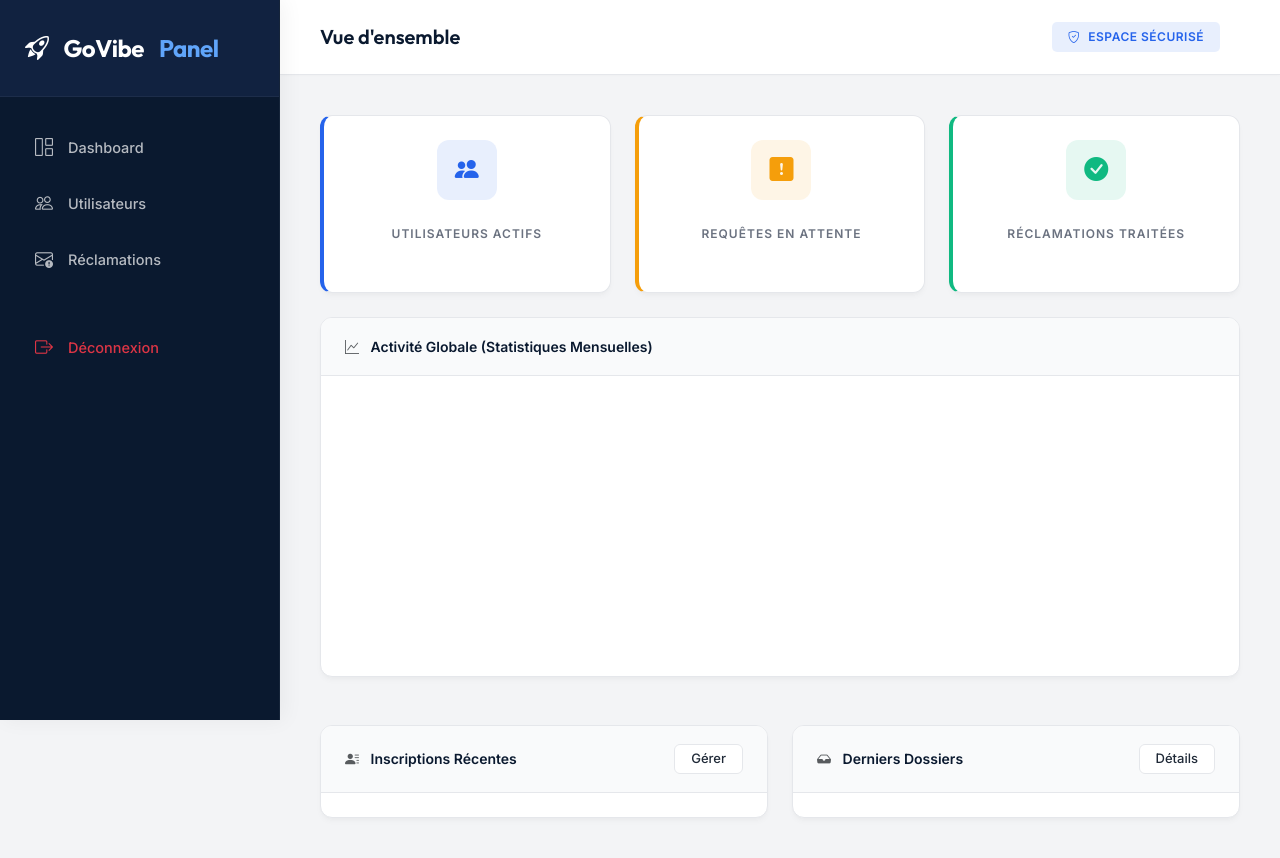
Repository: mohamedbenaoune25-crypto/Govibe-Symfony-project
Page: templates/admin/index.html.twig
The author's editor kept a copy of each file at every save. The page is drawn from the files as they stood at one save, then again after the next save.
The browser window is 1280 px wide. The pictures show the whole page.
The page is a Twig template of a Symfony application; nobody is signed in and links lead nowhere. The template is opened directly, without the code that normally fills it, so the values that code supplies are empty.

Above is the page before, as saved 2026-04-03 02:52:13.

### templates/admin/index.html.twig
{% extends 'admin/base_admin.html.twig' %}

{% block page_title %}Vue d'ensemble{% endblock %}

{% block body %}
<!-- Corporate Stat Cards -->
<div class="row g-4 mb-4">
    <div class="col-md-4">
        <div class="admin-card text-center p-4 h-100" style="border-left: 4px solid var(--admin-accent);">
            <div style="width:60px;height:60px;border-radius:12px;background:rgba(37, 99, 235, 0.1);color:var(--admin-accent);font-size:24px;display:flex;align-items:center;justify-content:center;margin:0 auto 20px;">
                <i class="bi bi-people-fill"></i>
            </div>
            <h3 style="font-family:'Outfit';font-weight:700;font-size:36px;color:var(--admin-primary);margin-bottom:5px;">{{ total_users }}</h3>
            <span style="font-size:12px;font-weight:600;letter-spacing:1px;color:var(--text-muted);text-transform:uppercase;">Utilisateurs Actifs</span>
        </div>
    </div>

    <div class="col-md-4">
        <div class="admin-card text-center p-4 h-100" style="border-left: 4px solid #F59E0B;">
            <div style="width:60px;height:60px;border-radius:12px;background:rgba(245, 158, 11, 0.1);color:#F59E0B;font-size:24px;display:flex;align-items:center;justify-content:center;margin:0 auto 20px;">
                <i class="bi bi-exclamation-square-fill"></i>
            </div>
            <h3 style="font-family:'Outfit';font-weight:700;font-size:36px;color:var(--admin-primary);margin-bottom:5px;">{{ attente_reclamations }}</h3>
            <span style="font-size:12px;font-weight:600;letter-spacing:1px;color:var(--text-muted);text-transform:uppercase;">Requêtes en Attente</span>
        </div>
    </div>

    <div class="col-md-4">
        <div class="admin-card text-center p-4 h-100" style="border-left: 4px solid #10B981;">
            <div style="width:60px;height:60px;border-radius:12px;background:rgba(16, 185, 129, 0.1);color:#10B981;font-size:24px;display:flex;align-items:center;justify-content:center;margin:0 auto 20px;">
                <i class="bi bi-check-circle-fill"></i>
            </div>
            <h3 style="font-family:'Outfit';font-weight:700;font-size:36px;color:var(--admin-primary);margin-bottom:5px;">{{ total_reclamations }}</h3>
            <span style="font-size:12px;font-weight:600;letter-spacing:1px;color:var(--text-muted);text-transform:uppercase;">Réclamations Traitées</span>
        </div>
    </div>
</div>

<!-- Chart Section -->
<div class="row mb-4">
    <div class="col-12">
        <div class="admin-card">
            <div class="admin-card-header d-flex justify-content-between align-items-center">
                <span><i class="bi bi-graph-up me-2 text-muted"></i> Activité Globale (Statistiques Mensuelles)</span>
            </div>
            <div class="admin-card-body" style="height: 300px;">
                <canvas id="corporateChart"></canvas>
            </div>
        </div>
    </div>
</div>

<div class="row g-4">
    <!-- Latest Users -->
    <div class="col-lg-6">
        <div class="admin-card h-100">
            <div class="admin-card-header d-flex justify-content-between align-items-center">
                <span><i class="bi bi-person-lines-fill me-2 text-muted"></i> Inscriptions Récentes</span>
                <a href="{{ path('app_admin_users') }}" class="btn btn-pro py-1 px-3">Gérer</a>
            </div>
            <div class="admin-card-body p-0 table-responsive">
                <table class="table admin-table mb-0">
                    <tbody>
                        {% for u in latest_users %}
                        <tr>
                            <td>
                                <div class="d-flex align-items-center gap-3">
                                    <div style="width:40px;height:40px;border-radius:50%;background:#F3F4F6;color:var(--admin-primary);font-weight:700;display:flex;align-items:center;justify-content:center;font-size:14px;border:1px solid #E5E7EB;">
                                        {{ u.prenom|first|upper }}
                                    </div>
                                    <div>
                                        <div class="fw-bold" style="color:var(--admin-primary);font-size:14px;">{{ u.prenom }} {{ u.nom }}</div>
                                        <div style="font-size:12px;color:var(--text-muted);">{{ u.email }}</div>
                                    </div>
                                </div>
                            </td>
                            <td class="text-end">
                                {% if 'ROLE_ADMIN' in u.role %}
                                    <span class="badge" style="background:rgba(37, 99, 235, 0.1);color:#2563EB;border:1px solid rgba(37, 99, 235, 0.2);padding:5px 10px;">Admnistrateur</span>
                                {% else %}
                                    <span class="badge" style="background:#F3F4F6;color:#6B7280;border:1px solid #E5E7EB;padding:5px 10px;">Utilisateur</span>
                                {% endif %}
                            </td>
                        </tr>
                        {% endfor %}
                    </tbody>
                </table>
            </div>
        </div>
    </div>

    <!-- Latest Reclamations -->
    <div class="col-lg-6">
        <div class="admin-card h-100">
            <div class="admin-card-header d-flex justify-content-between align-items-center">
                <span><i class="bi bi-inbox-fill me-2 text-muted"></i> Derniers Dossiers</span>
                <a href="{{ path('app_admin_reclamations') }}" class="btn btn-pro py-1 px-3">Détails</a>
            </div>
            <div class="admin-card-body p-0 table-responsive">
                <table class="table admin-table mb-0">
                    <tbody>
                        {% for r in latest_reclamations %}
                        <tr>
                            <td>
                                <div class="fw-bold mb-1" style="color:var(--admin-primary);font-size:14px;">{{ r.sujet }}</div>
                                <div style="font-size:12px;color:var(--text-muted);" class="text-truncate" style="max-width:240px;">{{ r.message }}</div>
                            </td>
                            <td class="text-end">
                                {% if r.status == 'EN_ATTENTE' or r.status == 'En attente' %}
                                    <span class="badge" style="background:rgba(245, 158, 11, 0.1);color:#D97706;border:1px solid rgba(245, 158, 11, 0.2);padding:5px 10px;">En attente</span>
                                {% elseif r.status == 'TRAITEE' or r.status == 'Traitée' %}
                                    <span class="badge" style="background:rgba(16, 185, 129, 0.1);color:#059669;border:1px solid rgba(16, 185, 129, 0.2);padding:5px 10px;">Traitée</span>
                                {% else %}
                                    <span class="badge" style="background:rgba(239, 68, 68, 0.1);color:#DC2626;border:1px solid rgba(239, 68, 68, 0.2);padding:5px 10px;">{{ r.status }}</span>
                                {% endif %}
                            </td>
                        </tr>
                        {% endfor %}
                    </tbody>
                </table>
            </div>
        </div>
    </div>
</div>
{% endblock %}

### templates/admin/base_admin.html.twig
<!DOCTYPE html>
<html lang="fr">
<head>
    <meta charset="UTF-8">
    <meta name="viewport" content="width=device-width, initial-scale=1.0">
    <title>{% block title %}GoVibe Administration{% endblock %}</title>

    <!-- Fonts -->
    <link href="https://fonts.googleapis.com/css2?family=Outfit:wght@300;400;500;600;700&family=Inter:wght@300;400;500;600&display=swap" rel="stylesheet">

    <!-- Bootstrap CSS -->
    <link href="https://cdn.jsdelivr.net/npm/bootstrap@5.3.2/dist/css/bootstrap.min.css" rel="stylesheet">
    <!-- Bootstrap Icons -->
    <link rel="stylesheet" href="https://cdn.jsdelivr.net/npm/bootstrap-icons@1.11.1/font/bootstrap-icons.css">

    <style>
        :root {
            --admin-primary: #0A192F; /* Deep corporate blue */
            --admin-secondary: #112240;
            --admin-accent: #2563EB; /* Professional Blue */
            --bg-light: #F3F4F6;
            --text-main: #1F2937;
            --text-muted: #6B7280;
            --card-bg: #FFFFFF;
            --border-color: #E5E7EB;
        }

        body {
            font-family: 'Inter', sans-serif;
            background-color: var(--bg-light);
            color: var(--text-main);
            display: flex;
            min-height: 100vh;
            overflow-x: hidden;
            margin: 0;
        }

        /* Sidebar Styling - Solid Professional */
        .sidebar {
            width: 280px;
            background: var(--admin-primary);
            border-right: 1px solid rgba(255, 255, 255, 0.05);
            color: rgba(255, 255, 255, 0.7);
            display: flex;
            flex-direction: column;
            position: fixed;
            height: 100vh;
            transition: all 0.3s;
            z-index: 1000;
            box-shadow: 4px 0 20px rgba(0, 0, 0, 0.05);
        }

        .sidebar-brand {
            padding: 30px 25px;
            font-family: 'Outfit', sans-serif;
            font-size: 24px;
            font-weight: 700;
            color: white;
            text-decoration: none;
            display: flex;
            align-items: center;
            gap: 15px;
            border-bottom: 1px solid rgba(255, 255, 255, 0.05);
            background: var(--admin-secondary);
            letter-spacing: -0.5px;
        }

        .sidebar-brand span.gv {
            color: #60A5FA;
        }

        .sidebar-nav {
            padding: 25px 0;
            list-style: none;
            margin: 0;
            flex: 1;
        }

        .sidebar-nav-item {
            padding: 0 15px;
            margin-bottom: 5px;
        }

        .sidebar-nav-link {
            display: flex;
            align-items: center;
            gap: 15px;
            padding: 12px 20px;
            color: rgba(255, 255, 255, 0.7);
            text-decoration: none;
            border-radius: 8px;
            font-size: 14.5px;
            font-weight: 500;
            transition: all 0.2s ease;
        }

        .sidebar-nav-link i {
            font-size: 18px;
            transition: transform 0.2s;
        }

        .sidebar-nav-link:hover, .sidebar-nav-link.active {
            color: white;
            background: rgba(37, 99, 235, 0.15);
            border-left: 4px solid var(--admin-accent);
        }

        .sidebar-nav-link:hover i {
            color: var(--admin-accent);
            transform: translateX(3px);
        }

        /* Main Content Wrapper */
        .main-content {
            margin-left: 280px;
            flex: 1;
            display: flex;
            flex-direction: column;
            min-height: 100vh;
        }

        /* Top Header inside main content - Clean White */
        .admin-header {
            background: var(--card-bg);
            border-bottom: 1px solid var(--border-color);
            height: 75px;
            display: flex;
            align-items: center;
            justify-content: space-between;
            padding: 0 40px;
            position: sticky;
            top: 0;
            z-index: 100;
            box-shadow: 0 1px 3px rgba(0,0,0,0.02);
        }

        .header-title {
            margin: 0;
            font-family: 'Outfit', sans-serif;
            font-weight: 600;
            color: var(--admin-primary);
            font-size: 20px;
        }

        .header-actions {
            display: flex;
            align-items: center;
            gap: 20px;
        }

        .admin-badge {
            background: rgba(37, 99, 235, 0.1);
            color: var(--admin-accent);
            padding: 6px 16px;
            border-radius: 5px;
            font-size: 12px;
            font-weight: 600;
            text-transform: uppercase;
            letter-spacing: 0.5px;
        }

        /* Content Area */
        .content-area {
            padding: 40px;
            flex: 1;
        }

        /* Custom Professional Cards */
        .admin-card {
            background: var(--card-bg);
            border: 1px solid var(--border-color);
            border-radius: 12px;
            overflow: hidden;
            transition: transform 0.2s ease, box-shadow 0.2s ease;
            margin-bottom: 24px;
            box-shadow: 0 4px 6px -1px rgba(0, 0, 0, 0.03), 0 2px 4px -1px rgba(0, 0, 0, 0.02);
        }

        .admin-card-header {
            padding: 18px 24px;
            border-bottom: 1px solid var(--border-color);
            background: #F9FAFB;
            font-weight: 600;
            color: var(--admin-primary);
            font-family: 'Inter', sans-serif;
            font-size: 14px;
        }

        .admin-card-body {
            padding: 24px;
        }

        /* Admin Table */
        .admin-table {
            color: var(--text-main);
            margin-bottom: 0;
        }

        .admin-table th {
            font-size: 12px;
            text-transform: uppercase;
            color: var(--text-muted);
            font-weight: 600;
            padding: 14px 24px;
            background: #F9FAFB;
            border-top: none;
            border-bottom: 1px solid var(--border-color);
            letter-spacing: 0.5px;
        }

        .admin-table td {
            vertical-align: middle;
            padding: 14px 24px;
            color: var(--text-main);
            border-bottom: 1px solid var(--border-color);
            background: transparent;
            font-size: 14px;
        }

        .admin-table tr:last-child td {
            border-bottom: none;
        }

        .admin-table tr:hover td {
            background: #F9FAFB;
        }

        /* Professional Buttons */
        .btn-pro {
            background: var(--card-bg);
            border: 1px solid var(--border-color);
            color: var(--text-main);
            border-radius: 6px;
            font-weight: 500;
            transition: all 0.2s;
            font-size: 13px;
        }

        .btn-pro:hover {
            background: #F3F4F6;
            color: var(--admin-primary);
            border-color: #D1D5DB;
        }

        .btn-primary-pro {
            background: var(--admin-accent);
            border: 1px solid var(--admin-accent);
            color: white;
            border-radius: 6px;
            font-weight: 500;
            transition: all 0.2s;
            font-size: 13px;
        }

        .btn-primary-pro:hover {
            background: #1D4ED8;
            color: white;
        }

        {% block stylesheets %}{% endblock %}
    </style>
</head>
<body>

    <!-- Sidebar -->
    <aside class="sidebar">
        <a href="{{ path('app_user_home') }}" class="sidebar-brand">
            <i class="bi bi-rocket-takeoff"></i> GoVibe <span class="gv">Panel</span>
        </a>
        <ul class="sidebar-nav">
            <li class="sidebar-nav-item">
                <a href="{{ path('app_admin_dashboard') }}" class="sidebar-nav-link {% if app.request.attributes.get('_route') == 'app_admin_dashboard' %}active{% endif %}">
                    <i class="bi bi-grid-1x2"></i> Dashboard
                </a>
            </li>
            <li class="sidebar-nav-item">
                <a href="{{ path('app_admin_users') }}" class="sidebar-nav-link {% if app.request.attributes.get('_route') == 'app_admin_users' %}active{% endif %}">
                    <i class="bi bi-people"></i> Utilisateurs
                </a>
            </li>
            <li class="sidebar-nav-item">
                <a href="{{ path('app_admin_reclamations') }}" class="sidebar-nav-link {% if app.request.attributes.get('_route') == 'app_admin_reclamations' %}active{% endif %}">
                    <i class="bi bi-envelope-exclamation"></i> Réclamations
                </a>
            </li>
            <li class="sidebar-nav-item pt-4">
                <a href="{{ path('app_logout') }}" class="sidebar-nav-link text-danger mt-2">
                    <i class="bi bi-box-arrow-right"></i> Déconnexion
                </a>
            </li>
        </ul>
    </aside>

    <!-- Main Content -->
    <main class="main-content">
        <!-- Header -->
        <header class="admin-header" data-aos="fade-down" data-aos-duration="600">
            <h1 class="header-title">{% block page_title %}Dashboard{% endblock %}</h1>
            <div class="header-actions">
                <div class="admin-badge"><i class="bi bi-shield-check me-2"></i>Espace Sécurisé</div>
                <div class="fw-bold text-white">{{ app.user.prenom }} {{ app.user.nom }}</div>
            </div>
        </header>

        <!-- Dynamic Content -->
        <div class="content-area">
            {% for message in app.flashes('success') %}
                <div class="alert text-white border-0" style="background: rgba(16, 185, 129, 0.2); border-left: 5px solid #10B981 !important; border-radius: 12px; box-shadow: 0 5px 15px rgba(0,0,0,0.2);" data-aos="fade-in">
                    <i class="bi bi-check-circle-fill me-2" style="color: #10B981;"></i> {{ message }}
                </div>
            {% endfor %}
            {% for message in app.flashes('error') %}
                <div class="alert text-white border-0" style="background: rgba(239, 68, 68, 0.2); border-left: 5px solid #EF4444 !important; border-radius: 12px; box-shadow: 0 5px 15px rgba(0,0,0,0.2);" data-aos="fade-in">
                    <i class="bi bi-exclamation-triangle-fill me-2" style="color: #EF4444;"></i> {{ message }}
                </div>
            {% endfor %}

            {% block body %}{% endblock %}
        </div>
    </main>

    <!-- Bootstrap Bundle -->
    <script src="https://cdn.jsdelivr.net/npm/bootstrap@5.3.2/dist/js/bootstrap.bundle.min.js"></script>
    <script src="https://unpkg.com/aos@2.3.1/dist/aos.js"></script>
    <script>
        document.addEventListener('DOMContentLoaded', function() {
            AOS.init({ once: true, offset: 20 });
        });
    </script>
    {% block javascripts %}{% endblock %}
</body>
</html>

After the next save:
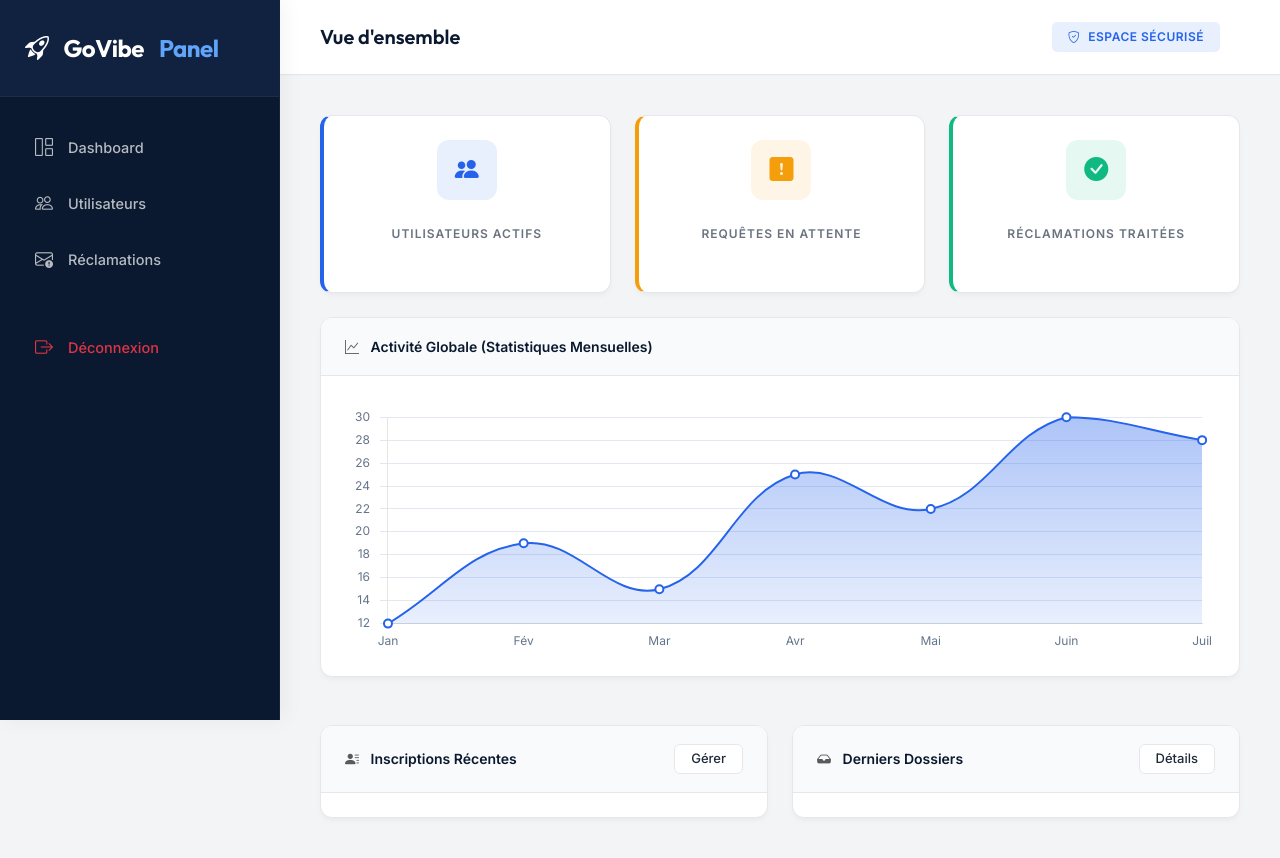
Saved 9 s later.
--- a/templates/admin/index.html.twig
+++ b/templates/admin/index.html.twig
@@ -122,4 +122,62 @@
         </div>
     </div>
 </div>
+
+<script src="https://cdn.jsdelivr.net/npm/chart.js"></script>
+<script>
+    document.addEventListener("DOMContentLoaded", function() {
+        const ctx = document.getElementById('corporateChart').getContext('2d');
+
+        // Gradient pour un look SaaS propre
+        const gradientBlue = ctx.createLinearGradient(0, 0, 0, 300);
+        gradientBlue.addColorStop(0, 'rgba(37, 99, 235, 0.4)');
+        gradientBlue.addColorStop(1, 'rgba(37, 99, 235, 0.0)');
+
+        new Chart(ctx, {
+            type: 'line',
+            data: {
+                labels: ['Jan', 'Fév', 'Mar', 'Avr', 'Mai', 'Juin', 'Juil'],
+                datasets: [{
+                    label: 'Nouvelles Inscriptions',
+                    data: [12, 19, 15, 25, 22, 30, 28],
+                    borderColor: '#2563EB',
+                    backgroundColor: gradientBlue,
+                    borderWidth: 2,
+                    tension: 0.4,
+                    fill: true,
+                    pointBackgroundColor: '#fff',
+                    pointBorderColor: '#2563EB',
+                    pointBorderWidth: 2,
+                    pointRadius: 4,
+                    pointHoverRadius: 6
+                }]
+            },
+            options: {
+                responsive: true,
+                maintainAspectRatio: false,
+                plugins: {
+                    legend: { display: false },
+                    tooltip: {
+                        backgroundColor: '#0A192F',
+                        titleColor: '#fff',
+                        bodyColor: '#CBD5E1',
+                        padding: 10,
+                        cornerRadius: 8,
+                        displayColors: false
+                    }
+                },
+                scales: {
+                    x: {
+                        grid: { display: false, drawBorder: false },
+                        ticks: { color: '#64748B', font: { family: 'Inter', size: 12 } }
+                    },
+                    y: {
+                        grid: { color: '#E2E8F0', drawBorder: false, borderDash: [5, 5] },
+                        ticks: { color: '#64748B', font: { family: 'Inter', size: 12 }, padding: 10 }
+                    }
+                }
+            }
+        });
+    });
+</script>
 {% endblock %}
